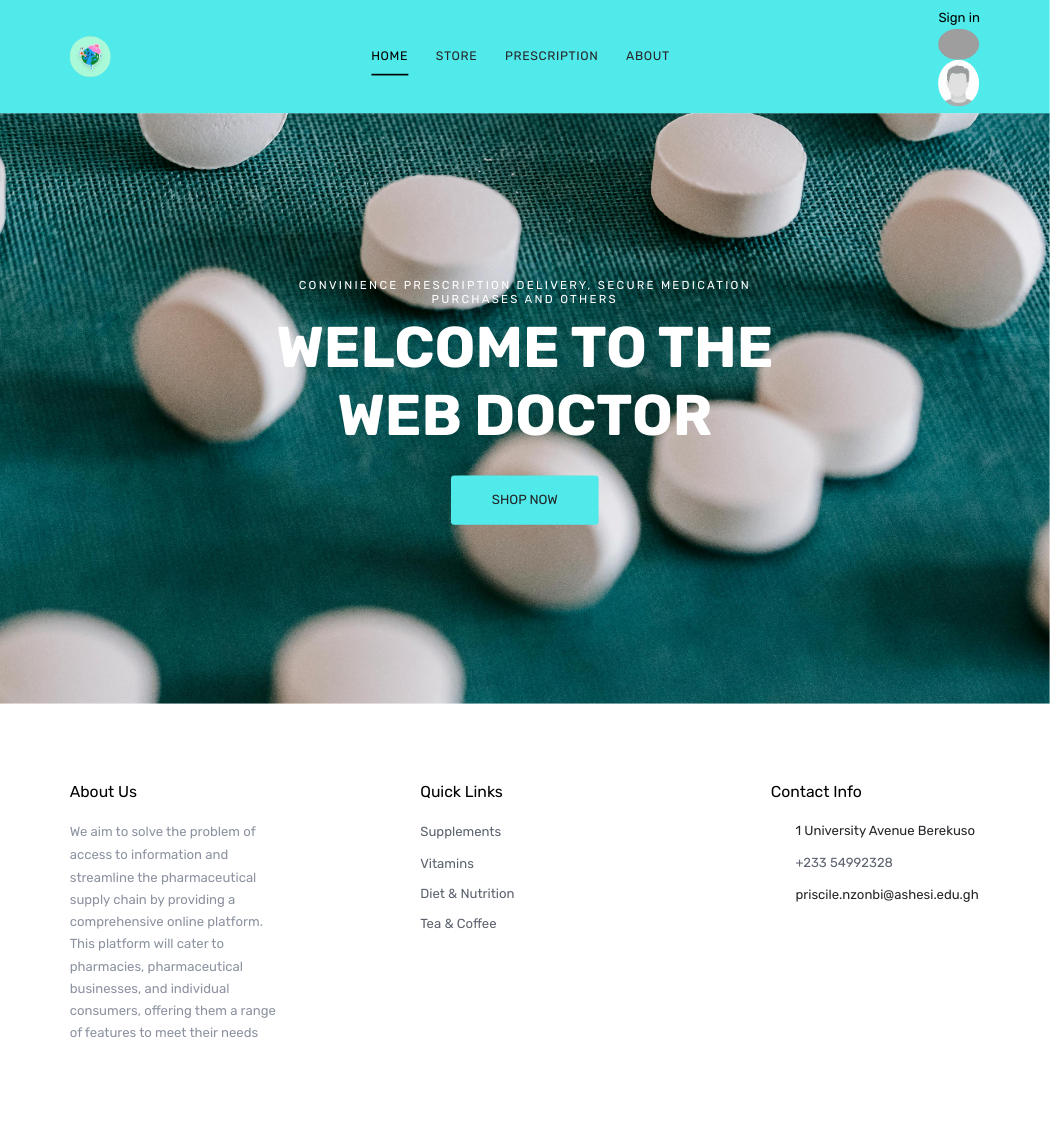
Repository: Argivist/Web-Doctor
Page: http://localhost/view/home.php
These files come from the project's save history. The page is drawn as it stood at one moment and after the next save; the edit follows.
The browser window is 1280 px wide. The pictures show the whole page, at 82% of full size.
Pictures or frames that could not be fetched are drawn as grey boxes. Some web fonts or font styles are not loaded; a fallback is used. The page is run by PHP 8.4 with error messages shown; the project is at /var/www/html/.

Above is the page before, as saved 2024-03-09 18:02:58.

After the next save:
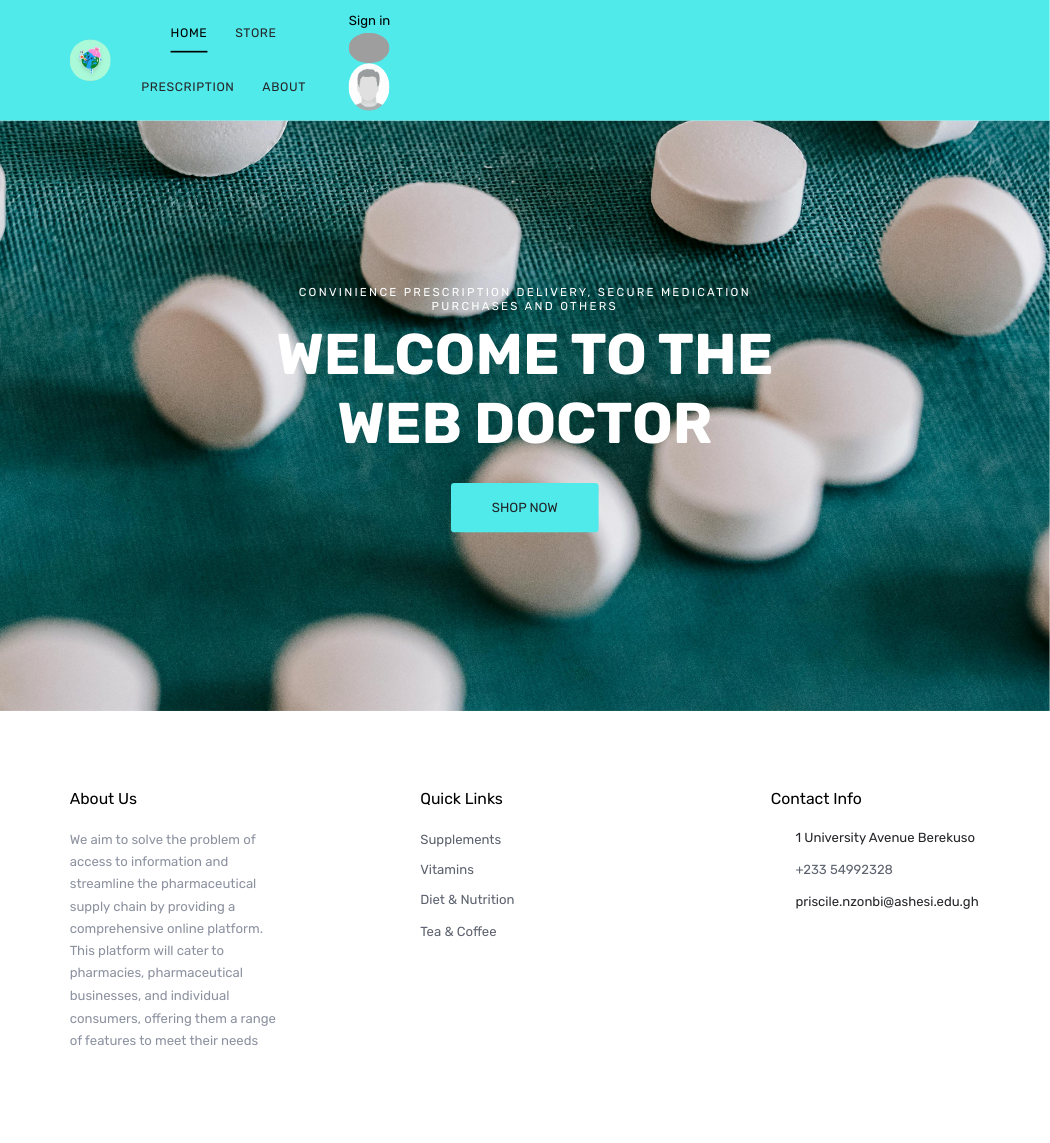
Saved 31 s later.
--- a/view/home.php
+++ b/view/home.php
@@ -46,7 +46,7 @@
               </ul>
             </nav>
           </div>
-          <div style="margin-left: 10px;">
+          <div class="container">
                       <?php
           if (isset($_SESSION['id'])) {
             echo "<div class='logout'><a href='../actions/logout.php'>Logout</a></div>";

After the save that followed:
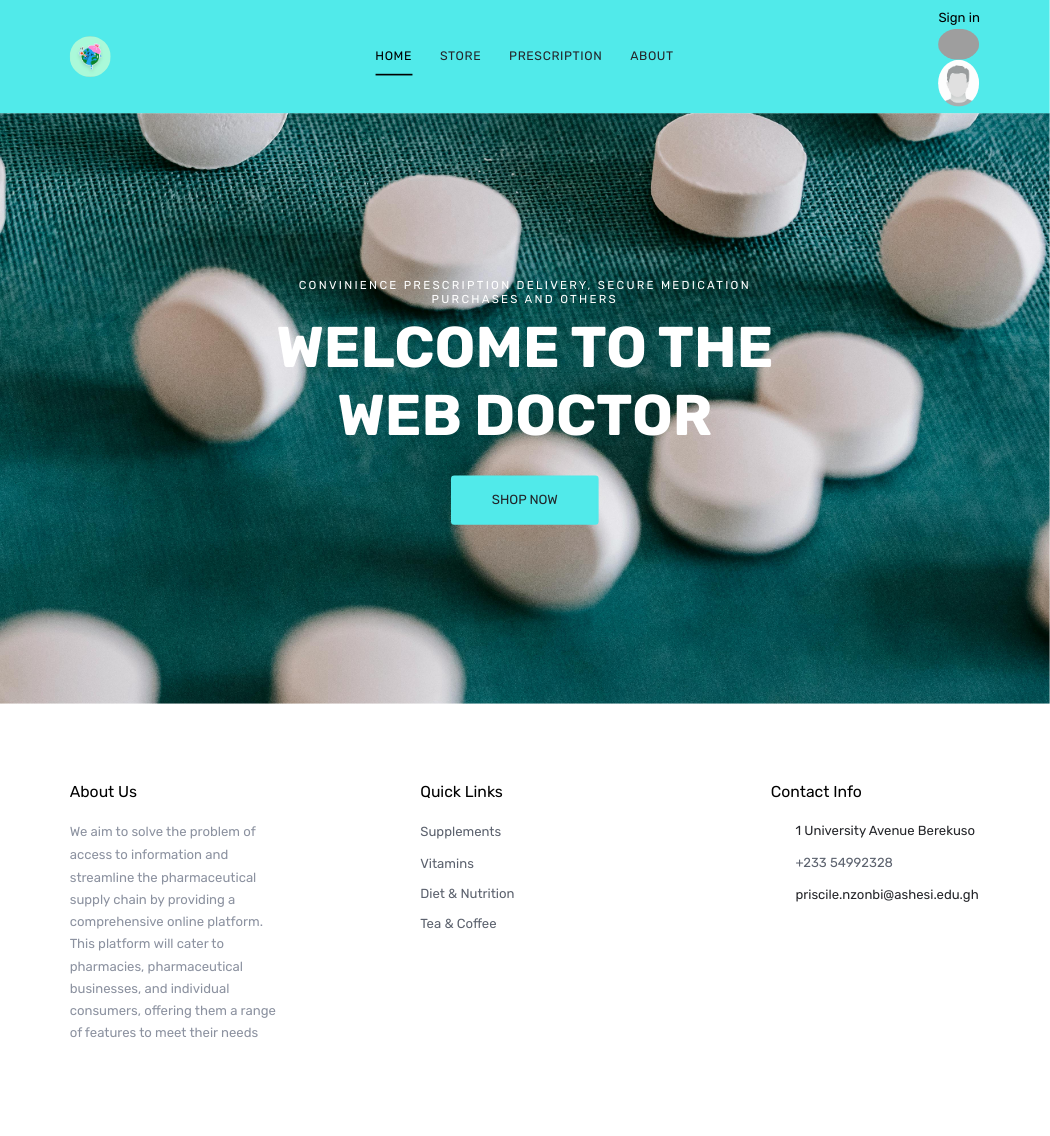
Saved 23 s later.
--- a/view/home.php
+++ b/view/home.php
@@ -46,7 +46,7 @@
               </ul>
             </nav>
           </div>
-          <div class="container">
+          <div class="d-lg-block">
                       <?php
           if (isset($_SESSION['id'])) {
             echo "<div class='logout'><a href='../actions/logout.php'>Logout</a></div>";
